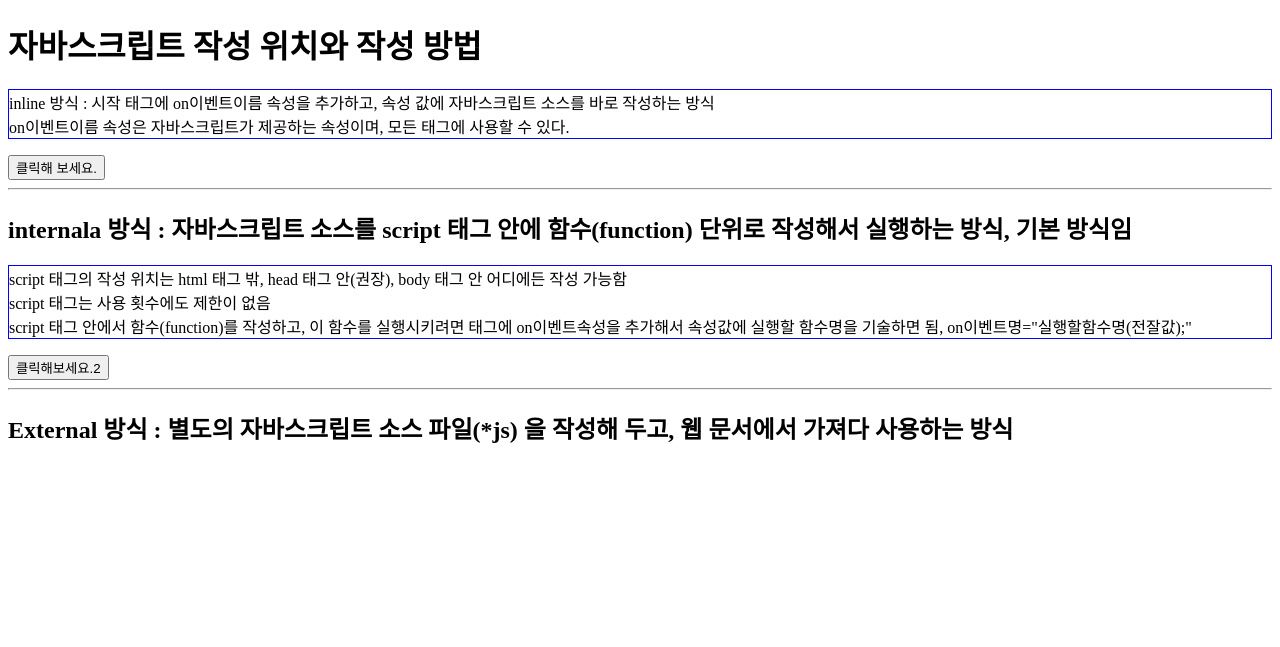
Repository: bianchi112/ict-data
Page: web_workspace/testJavaScriptProject/src/main/webapp/views/testjs/sample1.html
These files come from the project's save history. The page is drawn as it stood at one moment and after the next save; the edit follows.
The browser window is 1280 px wide. The pictures show the whole page.

Above is the page before, as saved 2024-09-03 02:18:05.

After the next save:
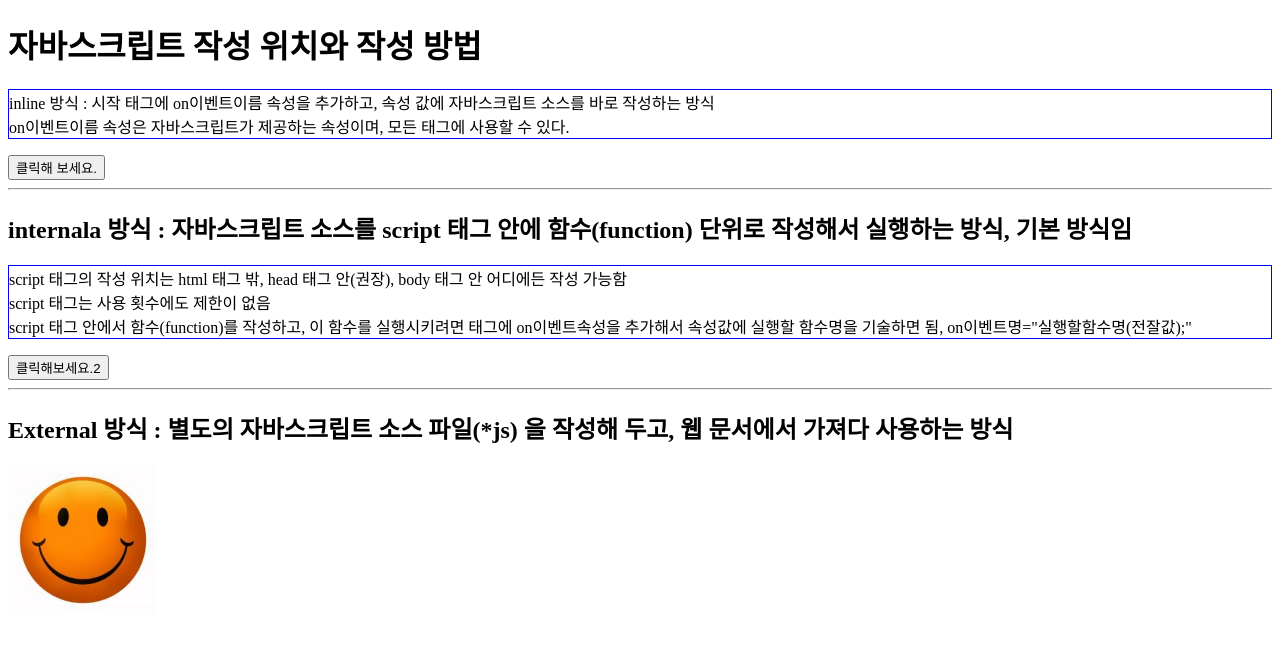
Saved 2 min 14 s later.
--- a/web_workspace/testJavaScriptProject/src/main/webapp/views/testjs/sample1.html
+++ b/web_workspace/testJavaScriptProject/src/main/webapp/views/testjs/sample1.html
@@ -35,7 +35,7 @@ function myFunc1() {
 <hr>
 
 <h2>External 방식 : 별도의 자바스크립트 소스 파일(*js) 을 작성해 두고, 웹 문서에서 가져다 사용하는 방식</h2>
-
+<img id="image1" src="/testj/resources/images/button.jpg" width="150" height="150">
 
 </body>
 </html>
